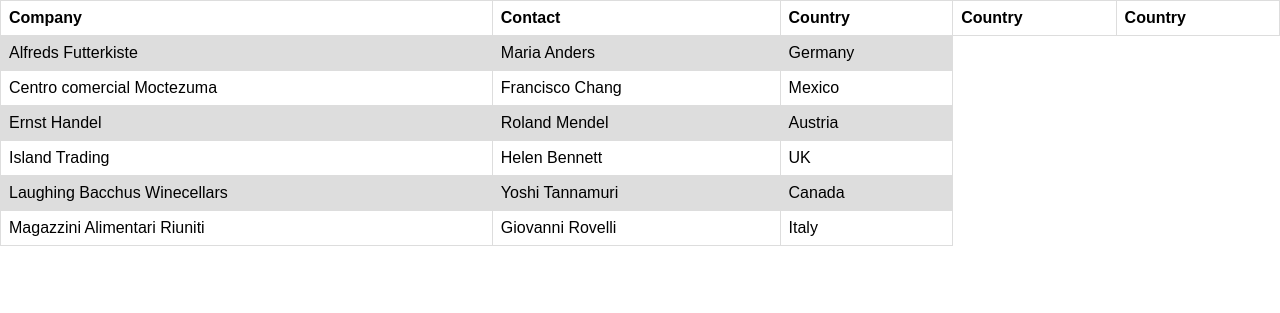
Repository: Seryozha02/ApiRequests
Page: index.html
These files come from the project's save history. The page is drawn as it stood at one moment and after the next save; the edit follows.
The browser window is 1280 px wide. The pictures show the whole page.

Above is the page before, as saved 2022-09-22 21:14:54.

### index.html
<!DOCTYPE html>
<html lang="en">
<head>
    <meta charset="UTF-8">
    <meta http-equiv="X-UA-Compatible" content="IE=edge">
    <meta name="viewport" content="width=device-width, initial-scale=1.0">
    <title>Request's</title>
    <link rel="stylesheet" href="style.css">
</head>
<body>
    <table class="requests">
        <tr>
          <th>Company</th>
          <th>Contact</th>
          <th>Country</th>
          <th>Country</th>
          <th>Country</th>
        </tr>
        <tr>
          <td>Alfreds Futterkiste</td>
          <td>Maria Anders</td>
          <td>Germany</td>
        </tr>
        <tr>
          <td>Centro comercial Moctezuma</td>
          <td>Francisco Chang</td>
          <td>Mexico</td>
        </tr>
        <tr>
          <td>Ernst Handel</td>
          <td>Roland Mendel</td>
          <td>Austria</td>
        </tr>
        <tr>
          <td>Island Trading</td>
          <td>Helen Bennett</td>
          <td>UK</td>
        </tr>
        <tr>
          <td>Laughing Bacchus Winecellars</td>
          <td>Yoshi Tannamuri</td>
          <td>Canada</td>
        </tr>
        <tr>
          <td>Magazzini Alimentari Riuniti</td>
          <td>Giovanni Rovelli</td>
          <td>Italy</td>
        </tr>
      </table>
</body>
<script src="script.js"></script>
</html>

### style.css
* {
        margin: 0;
        padding: 0;
        box-sizing: border-box;
}

.requests {
    font-family: arial, sans-serif;
    border-collapse: collapse;
    width: 100%;
  }

  td, th {
    border: 1px solid #dddddd;
    text-align: left;
    padding: 8px;
  }

  tr:nth-child(even) {
    background-color: #dddddd;
  }

Loaded but not shown: script.js (no copy from this time; the picture is the same without it)

After the next save:
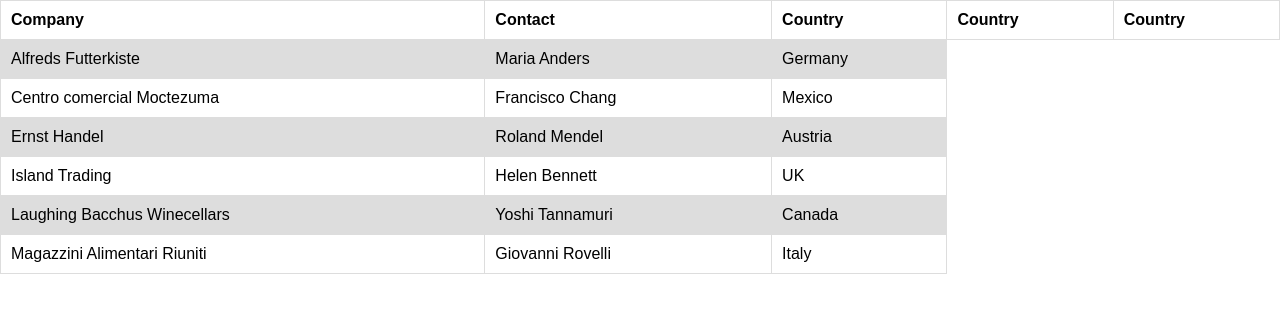
Saved 20 s later.
--- a/style.css
+++ b/style.css
@@ -13,7 +13,7 @@
   td, th {
     border: 1px solid #dddddd;
     text-align: left;
-    padding: 8px;
+    padding: 10px;
   }
 
   tr:nth-child(even) {
